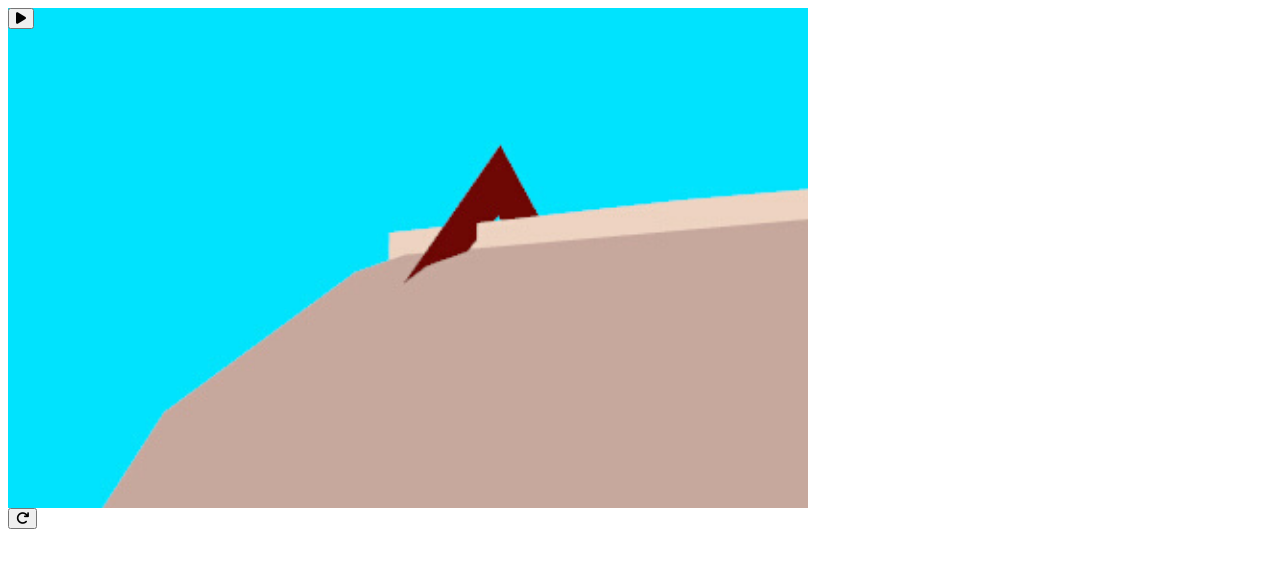
Repository: rumor1993/DreamCoding-Browser101
Page: Chapter07/ellie/index.html
The author's editor kept a copy of each file at every save. The page is drawn from the files as they stood at one save, then again after the next save.
The browser window is 1280 px wide. The pictures show the whole page.
Some web libraries are served in a nearby version.

Above is the page before, as saved 2021-01-03 18:29:00.

After the next save:
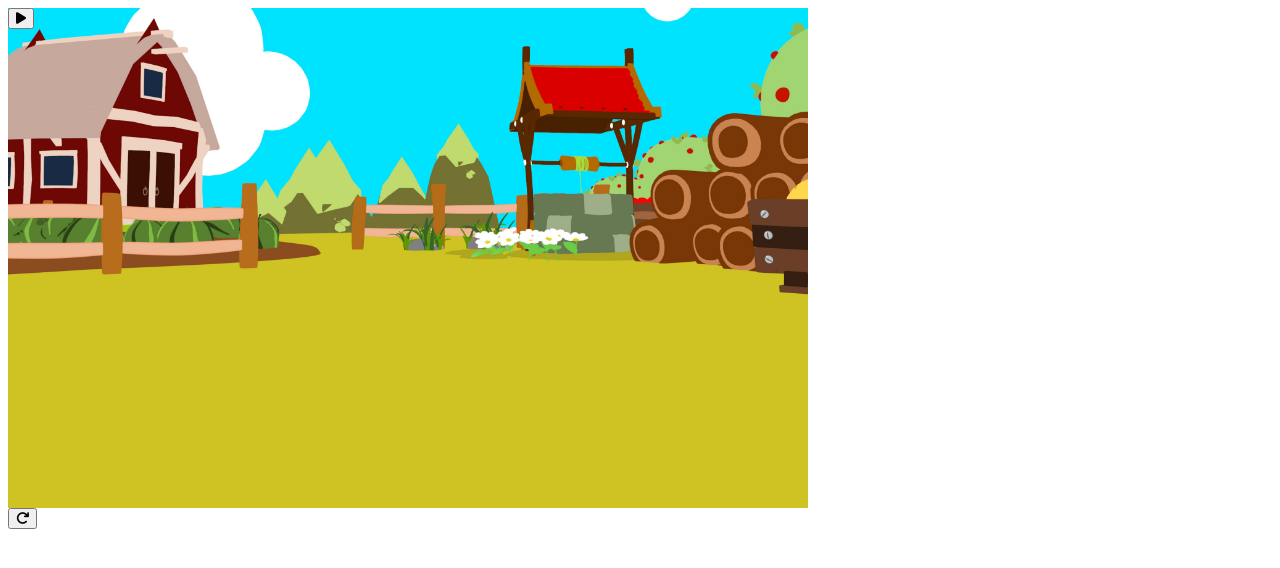
Saved 45 s later.
--- a/Chapter07/ellie/index.css
+++ b/Chapter07/ellie/index.css
@@ -1,7 +1,7 @@
 .game {
   width: 800px;
   height: 500px;
-  background: url("../carrot/img/background.png");
+  background: url("../carrot/img/background.png") center/cover;
 }
 
 .game-header {
